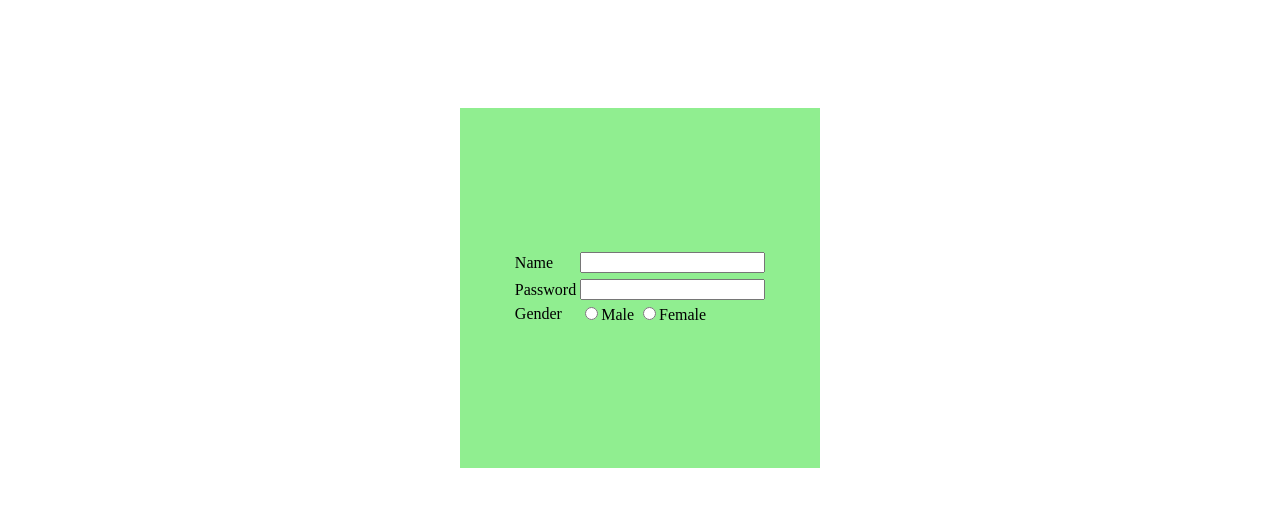
Repository: yash1sh/Java
Page: Bootcmp/Servlet_Demo/src/main/webapp/index.html
An editor plug-in stored every save of this project. The page is shown before and after the next save, followed by the edit.
The browser window is 1280 px wide. The pictures show the whole page.

Above is the page before, as saved 2022-05-14 10:28:33.

After the next save:
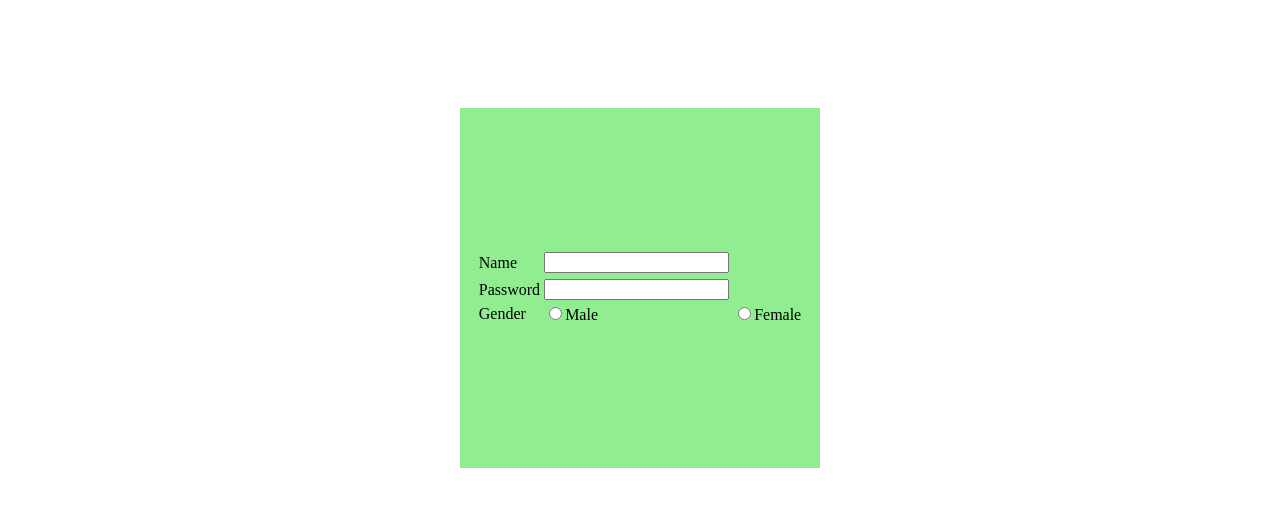
Saved 56 s later.
--- a/Bootcmp/Servlet_Demo/src/main/webapp/index.html
+++ b/Bootcmp/Servlet_Demo/src/main/webapp/index.html
@@ -9,19 +9,22 @@
 
 	<section class="form" >
 		<article>
-			<form action="">
+			<form action="hi">
 				<table>
+
 					<tr> <td> <label>Name</label> </td>
 						<td><input type="text" id="Name"></td>
 					<tr>
+
 					<tr>
 						<td><label>Password</label></td>
 						<td><input type="password" id="password"></td>
 					</tr>
+
 					<tr>
 						<td> <label>Gender</label></td>
-						<td> <input type="radio" name="gender"id="gender">Male
-							<input type="radio" name="gender">Female   </td>
+						<td> <input type="radio" name="gender"id="gender">Male  </td>
+						<td>	<input type="radio" name="gender">Female 	</td>
 					</tr>
 				</table>
 			</form>

After the save that followed:
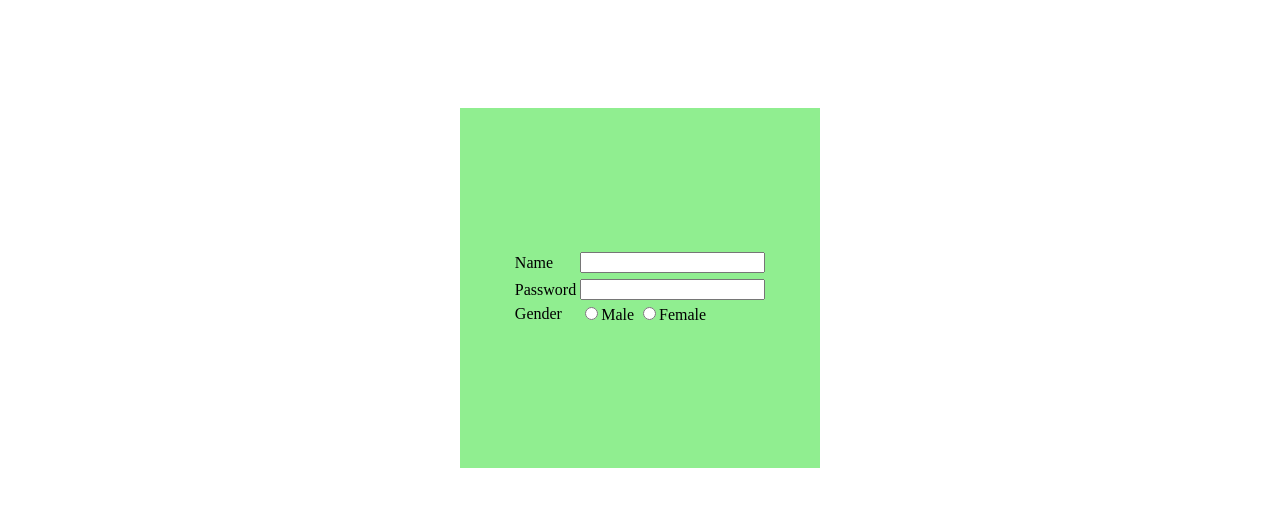
Saved 15 s later.
--- a/Bootcmp/Servlet_Demo/src/main/webapp/index.html
+++ b/Bootcmp/Servlet_Demo/src/main/webapp/index.html
@@ -23,8 +23,8 @@
 
 					<tr>
 						<td> <label>Gender</label></td>
-						<td> <input type="radio" name="gender"id="gender">Male  </td>
-						<td>	<input type="radio" name="gender">Female 	</td>
+						<td> <input type="radio" name="gender"id="gender">Male
+						<input type="radio" name="gender">Female</td>
 					</tr>
 				</table>
 			</form>
